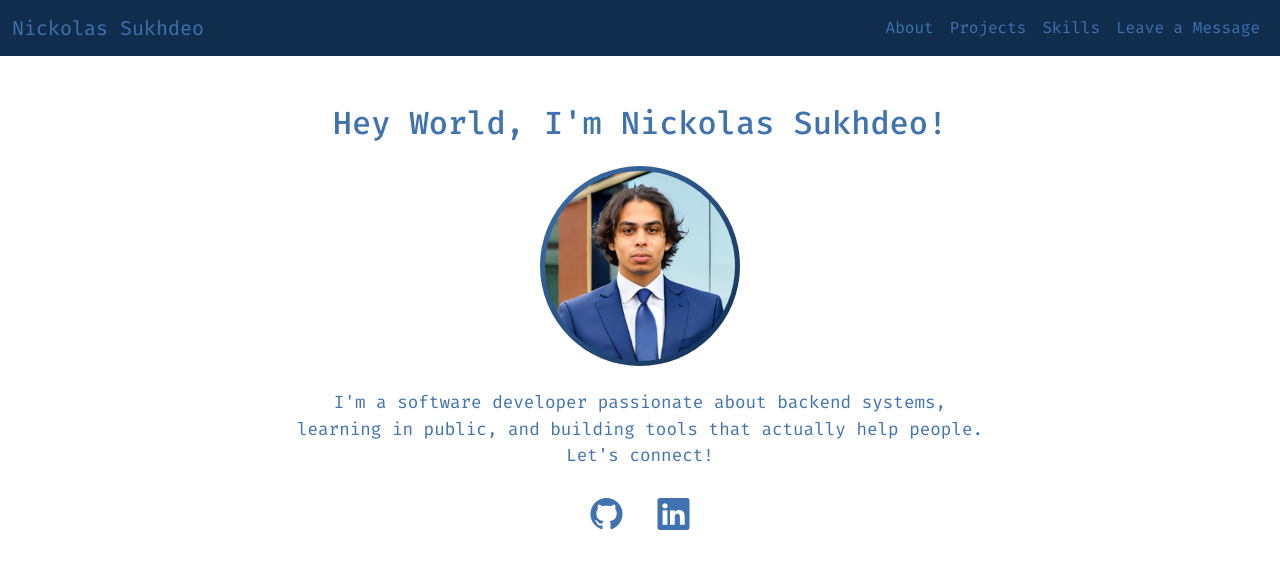
Repository: nlsukhde/porfolio
Page: index.html
An editor plug-in stored every save of this project. The page is shown before and after the next save, followed by the edit.
The browser window is 1280 px wide. The pictures show the whole page.

Above is the page before, as saved 2025-06-19 18:41:34.

After the next save:
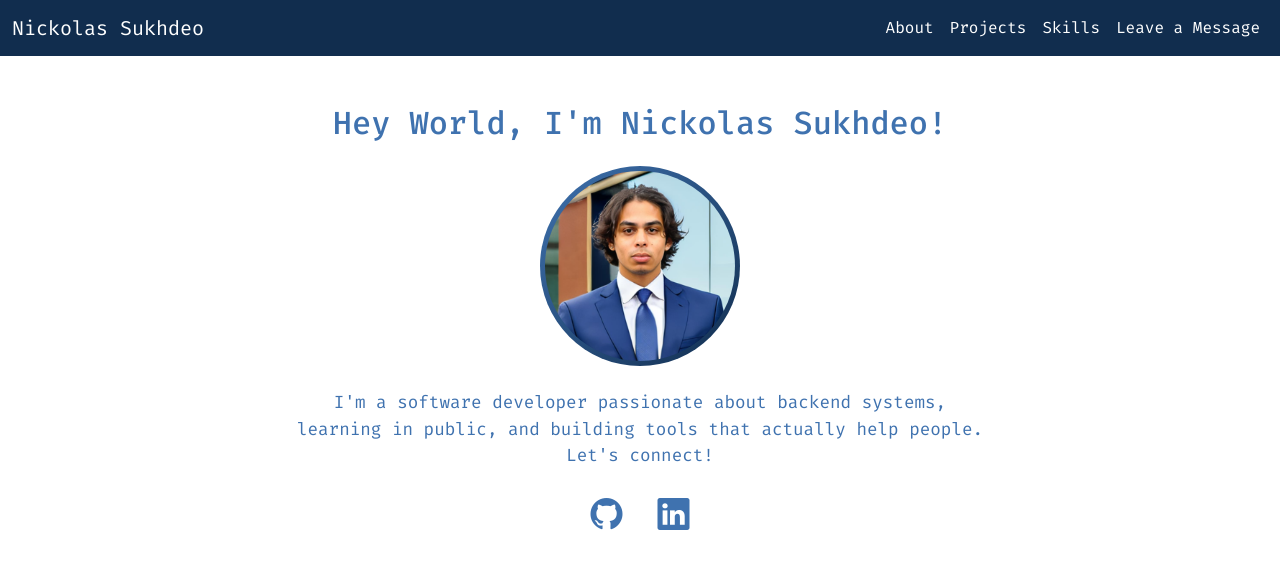
Saved 68 s later.
--- a/app.css
+++ b/app.css
@@ -20,7 +20,7 @@
 
 .navbar, .navbar-brand, .nav-link {
   font-family: "Fira Code", monospace !important;
-  color: var(--color-text) !important;
+  color: white !important;
 }
 
 .navbar.bg-body-tertiary {
